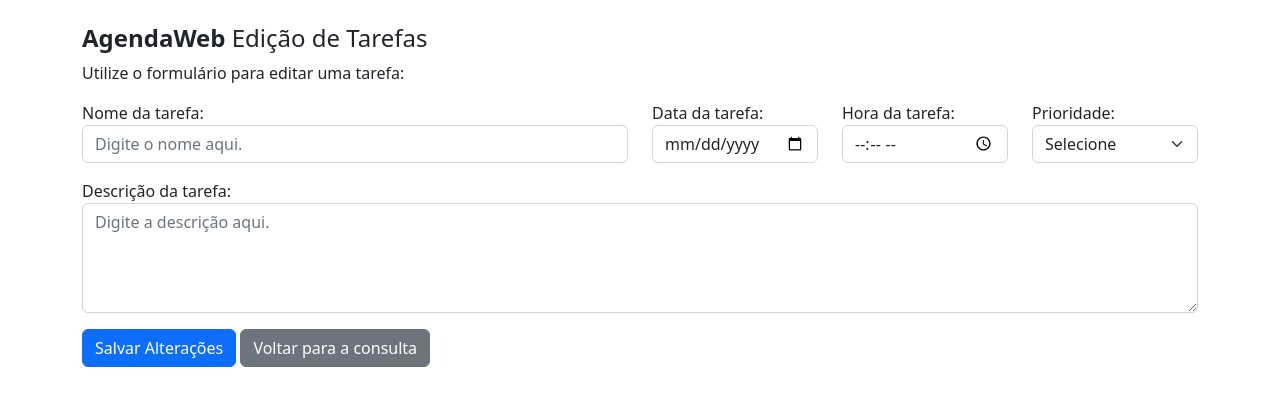
Repository: thamaraamaral/desafio_mvc1
Page: http://localhost/gft-milhas/WEB-INF/views/eventos-edicao.jsp
These files come from the project's save history. The page is drawn as it stood at one moment and after the next save; the edit follows.
The browser window is 1280 px wide. The pictures show the whole page.
The page is served by Tomcat 9. Nobody is signed in. The template is opened directly, without the code that normally fills it, so the values that code supplies are empty.

Above is the page before, as saved 2022-10-28 18:16:56.

After the next save:
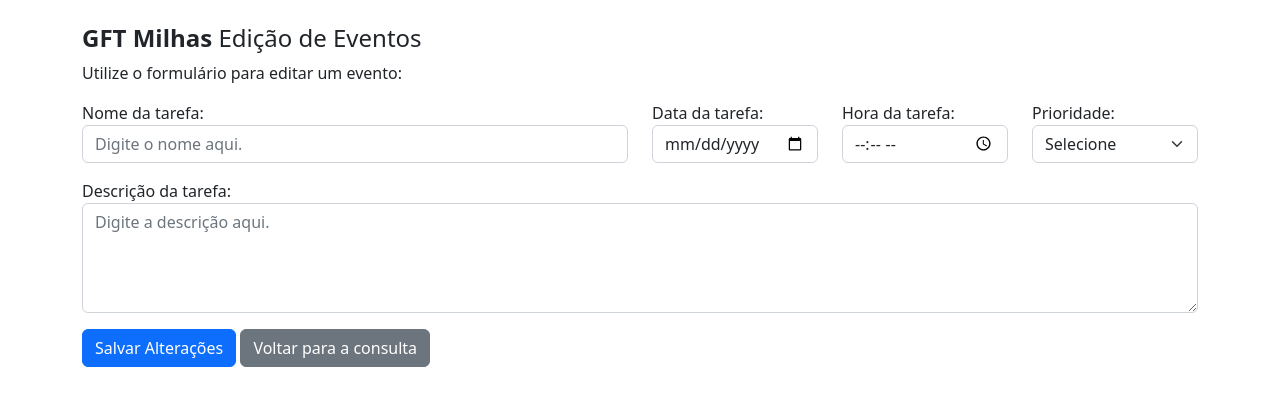
Saved 33 s later.
--- a/gft-milhas/src/main/webapp/WEB-INF/views/eventos-edicao.jsp
+++ b/gft-milhas/src/main/webapp/WEB-INF/views/eventos-edicao.jsp
@@ -20,8 +20,8 @@
 
 		<div class="row mb-3">
 			<div class="col-md-12">
-				<h4><strong>AgendaWeb</strong> Edição de Tarefas</h4>
-				Utilize o formulário para editar uma tarefa:
+				<h4><strong>GFT Milhas</strong> Edição de Eventos</h4>
+				Utilize o formulário para editar um evento:
 			</div>
 		</div>
 
